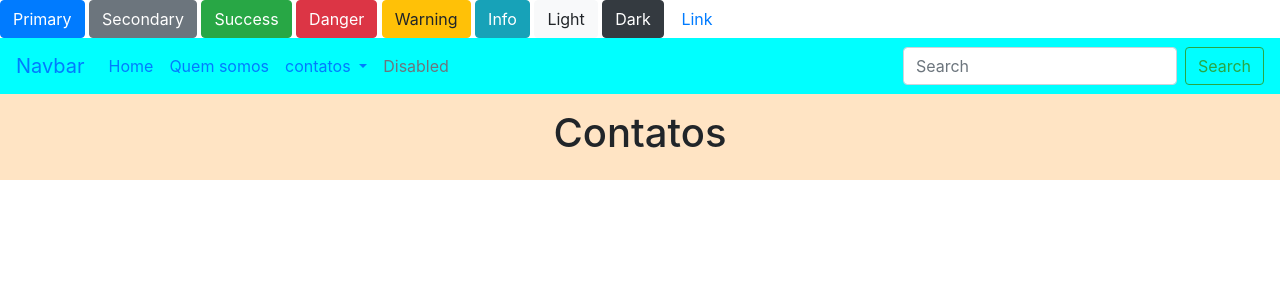
Repository: DaniloBaracho/bootstrap
Page: index.html
An editor plug-in stored every save of this project. The page is shown before and after the next save, followed by the edit.
The browser window is 1280 px wide. The pictures show the whole page.

Above is the page before, as saved 2020-05-31 17:21:24.

After the next save:
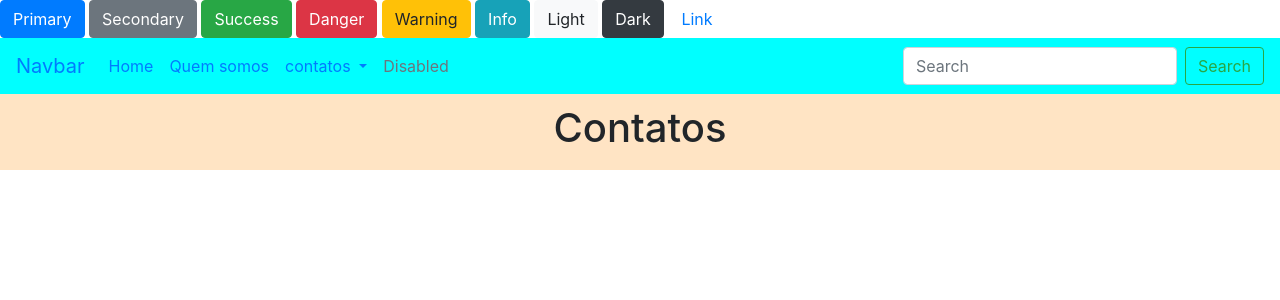
Saved 10 s later.
--- a/css/style.css
+++ b/css/style.css
@@ -5,7 +5,7 @@
     background-color: bisque;
 }
 .margin{
-     padding-top: 15px;
-     padding-bottom: 15px;
+     padding-top: 10px;
+     padding-bottom: 10px;
      /*margin-top: 30px*/
 }
